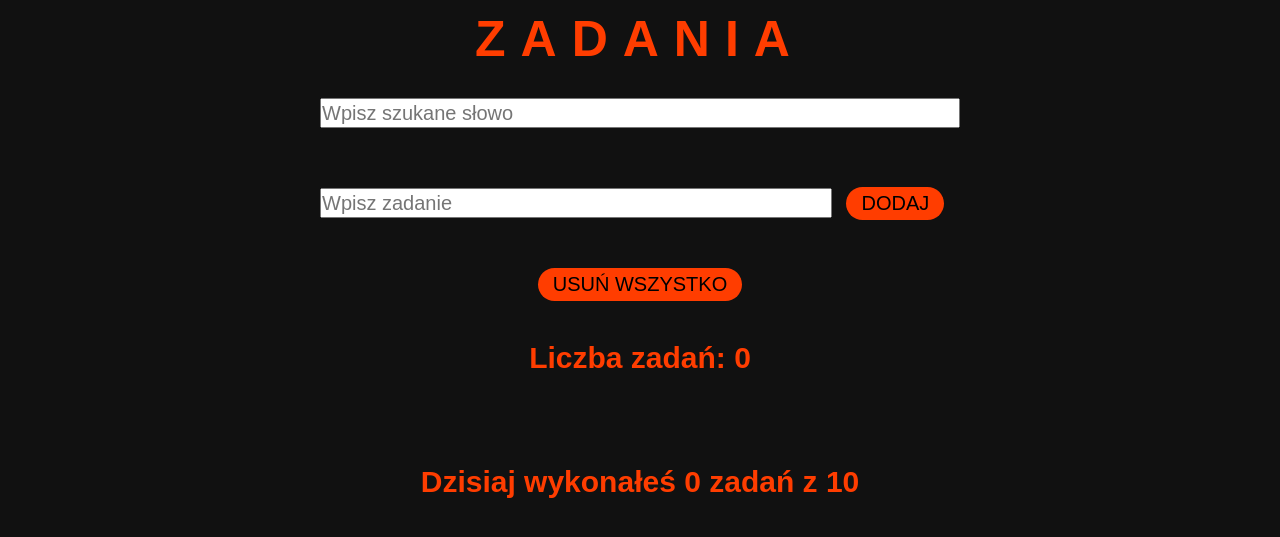
Repository: RobertDsr/To-Do-List
Page: index.html
An editor plug-in stored every save of this project. The page is shown before and after the next save, followed by the edit.
The browser window is 1280 px wide. The pictures show the whole page.
The style sheet was rebuilt from its Sass, Less or Tailwind sources for each picture, by a compiler version that may differ from the author's.

Above is the page before, as saved 2022-01-14 13:58:45.

After the next save:
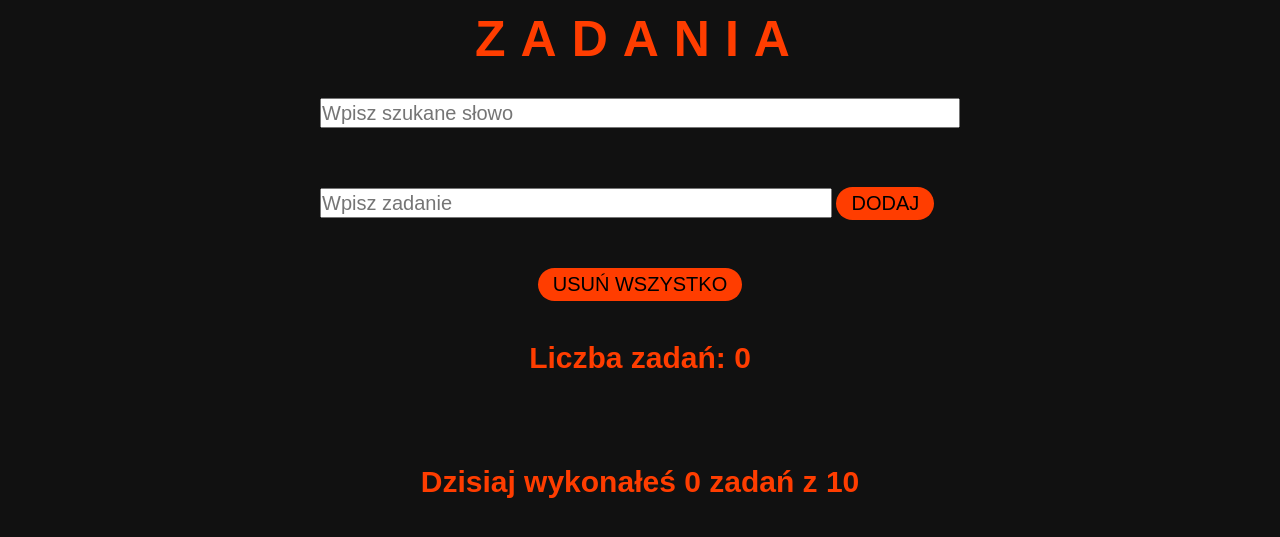
Saved 99 s later.
--- a/sass/_base.scss
+++ b/sass/_base.scss
@@ -7,7 +7,7 @@
 button {
     background-color: var(--btn-bg-color);
     border: none;
-    margin: 10px;
+    margin: 0 0 10px;
     padding: 5px 15px;
     border-radius: 2em;
     font-size: 20px;

After the 2 saves that followed:
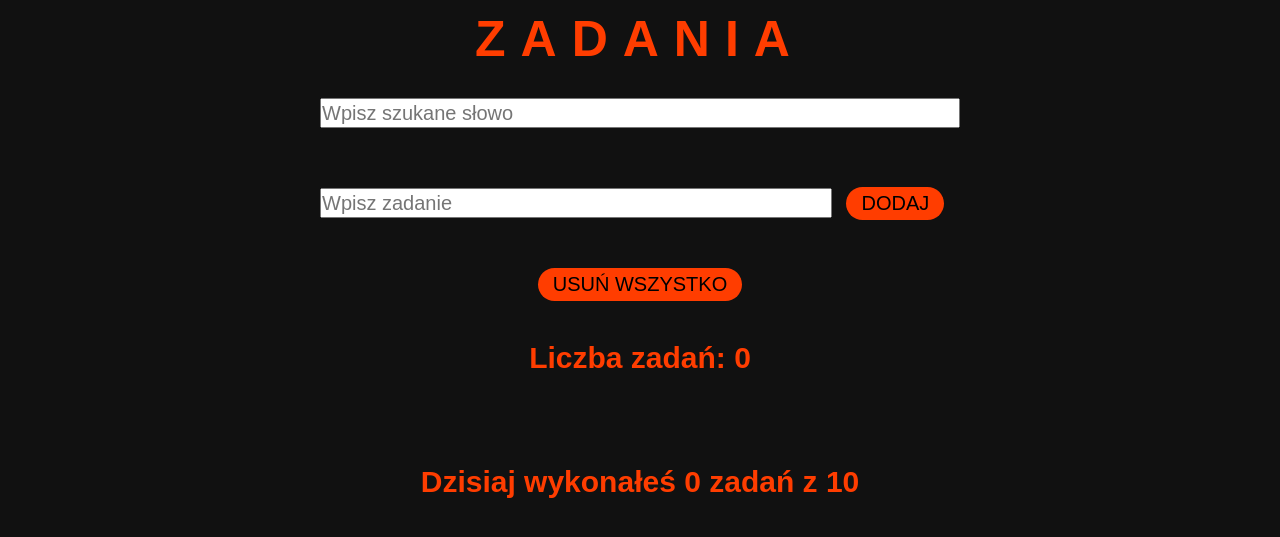
The 2 saves are shown as one change because they came seconds apart.
The last was saved 10 s later.
--- a/sass/_base.scss
+++ b/sass/_base.scss
@@ -7,7 +7,7 @@
 button {
     background-color: var(--btn-bg-color);
     border: none;
-    margin: 0 0 10px;
+    margin: 0 0 0 10px;
     padding: 5px 15px;
     border-radius: 2em;
     font-size: 20px;
